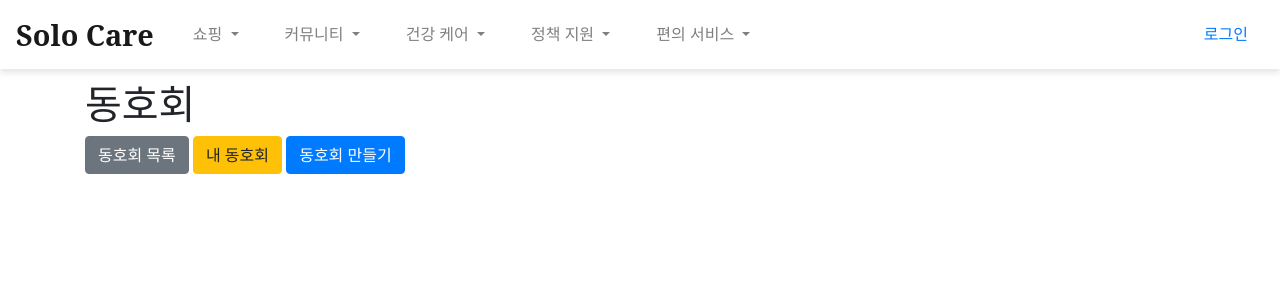
Repository: HB1112/cloud
Page: http://localhost/Solocare/WEB-INF/views/club/clubBoard.jsp
These files come from the project's save history. The page is drawn as it stood at one moment and after the next save; the edit follows.
The browser window is 1280 px wide. The pictures show the whole page.
The page is served by Tomcat 9. Nobody is signed in. Other server files are loaded and not shown. The template is opened directly, without the code that normally fills it, so the values that code supplies are empty.

Above is the page before, as saved 2024-12-17 05:55:50.

### Solocare/src/main/webapp/WEB-INF/views/club/clubBoard.jsp
<%@ page language="java" contentType="text/html; charset=UTF-8"
    pageEncoding="UTF-8"%>
<!DOCTYPE html>
<html>
<head>
<meta charset="UTF-8">
<link rel="stylesheet" href="https://maxcdn.bootstrapcdn.com/bootstrap/4.5.2/css/bootstrap.min.css">
<link href="https://fonts.googleapis.com/css2?family=Noto+Sans:wght@400;500;700&family=Noto+Serif:wght@400;700&display=swap" rel="stylesheet">
<link href="https://cdnjs.cloudflare.com/ajax/libs/font-awesome/5.15.4/css/all.min.css" rel="stylesheet">
<script src="https://code.jquery.com/jquery-3.5.1.slim.min.js"></script>
<script src="https://cdn.jsdelivr.net/npm/@popperjs/core@2.9.2/dist/umd/popper.min.js"></script>
<script src="https://maxcdn.bootstrapcdn.com/bootstrap/4.5.2/js/bootstrap.min.js"></script>
<title>동호회 커뮤니티</title>
<style>
    body {
        margin-top: 80px; /* 내비게이션 바의 높이에 맞게 여백 추가 */
    }
</style>
</head>
<body>
	<nav class="navbar navbar-expand-lg navbar-light fixed-top">
        <%@ include file="../menu.jsp"%>
    </nav>

	<div class="container mt-4"> <!-- 추가적인 여백을 위해 container 사용 -->
		<h1>동호회</h1>
		<nav>
			<a href="list" class="btn btn-secondary">동호회 목록</a>
			<form action="myclub" method="post" style="display: inline;">
			    <input type="hidden" name="id" value="${mem.id}"> <!-- 세션에서 가져온 멤버 ID로 설정 -->
			    <button type="submit" class="btn btn-warning">내 동호회</button>
			</form>
			<a href="regist" class="btn btn-primary">동호회 만들기</a>
		</nav>
	</div>
</body>
</html>

### Solocare/src/main/webapp/WEB-INF/views/menu.jsp
<%@ page contentType="text/html; charset=UTF-8" language="java" %>
   <style>
        body {
            font-family: 'Noto Sans', sans-serif;
        }
        .navbar {
            background-color: white;
            box-shadow: 0 4px 6px rgba(0, 0, 0, 0.1);
        }
        .navbar-brand {
            font-family: 'Noto Serif', serif;
            font-size: 1.8rem;
            font-weight: bold;
            color: #005B96;
            transition: transform 0.3s ease;
        }
        .navbar-brand:hover {
            transform: scale(1.1);
        }
        .navbar-nav .nav-link {
            margin: 0 15px;
            color: #005B96;
            font-weight: 500;
            transition: all 0.3s ease;
        }
        .navbar-nav .nav-link:hover {
            color: #FFD700;
            transform: translateY(-3px);
        }
        .dropdown-menu {
            background: #f8f9fa;
            border: none;
            border-radius: 5px;
            box-shadow: 0 4px 8px rgba(0, 0, 0, 0.1);
        }
        .dropdown-item {
            color: #005B96;
            font-weight: 500;
        }
        .dropdown-item:hover {
            background: #005B96;
            color: white;
        }
        .search {
            display: flex;
            align-items: center;
            margin-left: auto; /* 오른쪽 끝으로 붙이기 */
        }
        .search input {
            border-radius: 30px;
            border: 2px solid #005B96;
            margin-right: 10px; /* 검색창과 버튼 사이 간격 */
        }
        .search button {
            color: white;
            background: #005B96;
            border-radius: 50%;
            border: none;
            padding: 5px 10px;
        }
        .user-links {
        	display : flex;
            margin-left: 20px; /* 로그인/회원가입 간격 */
        }
        .main-content {
            margin-top: 80px; /* 내비게이션 바 높이에 맞춰 여백 추가 */
        }
        .navbar-collapse {
		    display: flex;
		    justify-content: space-between; /* 양쪽 끝으로 배치 */
		    width: 100%; /* 전체 너비 사용 */
		}
    </style>
<link href="https://fonts.googleapis.com/css2?family=Montserrat:wght@400;700&display=swap" rel="stylesheet">
<nav class="navbar navbar-expand-lg navbar-light fixed-top" style="font-family: 'Montserrat', sans-serif;">
    <a class="navbar-brand" href="/Solocare/home">Solo Care</a>
    <button class="navbar-toggler" type="button" data-toggle="collapse" data-target="#navbarNav" aria-controls="navbarNav" aria-expanded="false" aria-label="Toggle navigation">
        <span class="navbar-toggler-icon"></span>
    </button>
    <div class="collapse navbar-collapse" id="navbarNav">
        <ul class="navbar-nav">
            <li class="nav-item dropdown">
                <a class="nav-link dropdown-toggle" href="#" id="shoppingDropdown" role="button" data-toggle="dropdown" aria-haspopup="true" aria-expanded="false">
                    쇼핑
                </a>
                <div class="dropdown-menu" aria-labelledby="shoppingDropdown">
                    <a class="dropdown-item" href="search">1인 가구 맞춤 가전 제품</a>
                    <a class="dropdown-item" href="#">1인 가구 맞춤 식자재</a>
                    <a class="dropdown-item" href="#">보안 제품 추천</a>
                </div>
            </li>
            <li class="nav-item dropdown">
                <a class="nav-link dropdown-toggle" href="#" id="homeCareDropdown" role="button" data-toggle="dropdown" aria-haspopup="true" aria-expanded="false">
                    커뮤니티
                </a>
                <div class="dropdown-menu" aria-labelledby="homeCareDropdown">
                    <a class="dropdown-item" href="board?category=tip&page=1">정보 공유 (집 꾸미기, 생활 팁)</a>
                    <a class="dropdown-item" href="tradeboard">중고거래</a>
                    <a class="dropdown-item" href="club/board">동호회</a>
                </div>
            </li>
            <li class="nav-item dropdown">
                <a class="nav-link dropdown-toggle" href="#" id="safetyHealthDropdown" role="button" data-toggle="dropdown" aria-haspopup="true" aria-expanded="false">
                    건강 케어
                </a>
                <div class="dropdown-menu" aria-labelledby="safetyHealthDropdown">
                    <a class="dropdown-item" href="#">간단한 홈트레이닝 영상 제공</a>
                    <a class="dropdown-item" href="#">건강 데이터 통합 관리</a>
                    <a class="dropdown-item" href="#">집 주변 약국 운영시간, 야간운영? 정보</a>
                </div>
            </li>
            <li class="nav-item dropdown">
                <a class="nav-link dropdown-toggle" href="#" id="policyDropdown" role="button" data-toggle="dropdown" aria-haspopup="true" aria-expanded="false">
                    정책 지원
                </a>
                <div class="dropdown-menu" aria-labelledby="policyDropdown">
                    <a class="dropdown-item" href="#">사회성 증진 프로그램</a>
                    <a class="dropdown-item" href="#">지원 혜택</a>
                    <a class="dropdown-item" href="#">응급 대처 가이드</a>
                </div>
            </li>
            <li class="nav-item dropdown">
                <a class="nav-link dropdown-toggle" href="#" id="serviceDropdown" role="button" data-toggle="dropdown" aria-haspopup="true" aria-expanded="false">
                    편의 서비스
                </a>
                <div class="dropdown-menu" aria-labelledby="serviceDropdown">
                    <a class="dropdown-item" href="#">정기 구독 식품, 청소, 심부름</a>
                    <a class="dropdown-item" href="#">안심 귀가 루트 추천</a>
                </div>
            </li>
        </ul>

        <%
            if (request.getSession().getAttribute("mem") != null) {
        %>
            <div class="user-links">
                <p>${mem.name}님 환영합니다</p>
                <a href="infocheck" class="nav-link">내 정보</a>
                <a href="logout" class="nav-link">로그아웃</a>
                <a href="list" class="nav-link">일정관리</a>
            </div>
        <%
            } else {
        %>
            <div class="user-links">
                <a href="/Solocare/login" class="nav-link">로그인</a>
            </div>
        <%
            }
        %>
    </div>
</nav>

After the next save:
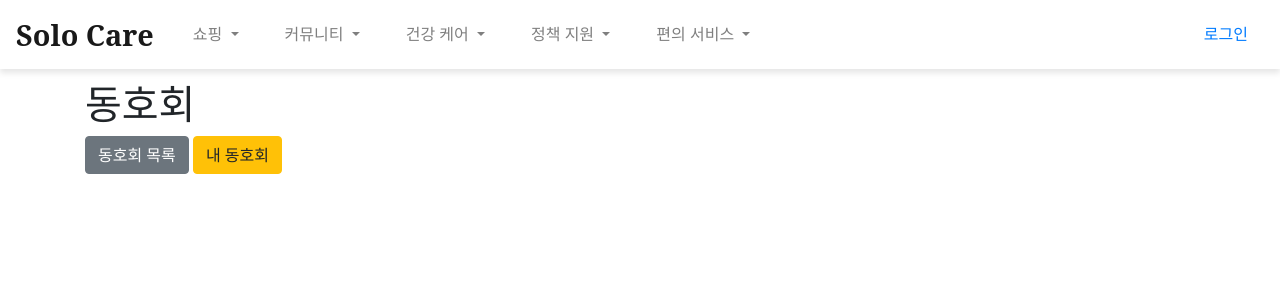
Saved 7 s later.
--- a/Solocare/src/main/webapp/WEB-INF/views/club/clubBoard.jsp
+++ b/Solocare/src/main/webapp/WEB-INF/views/club/clubBoard.jsp
@@ -30,7 +30,6 @@
 			    <input type="hidden" name="id" value="${mem.id}"> <!-- 세션에서 가져온 멤버 ID로 설정 -->
 			    <button type="submit" class="btn btn-warning">내 동호회</button>
 			</form>
-			<a href="regist" class="btn btn-primary">동호회 만들기</a>
 		</nav>
 	</div>
 </body>
